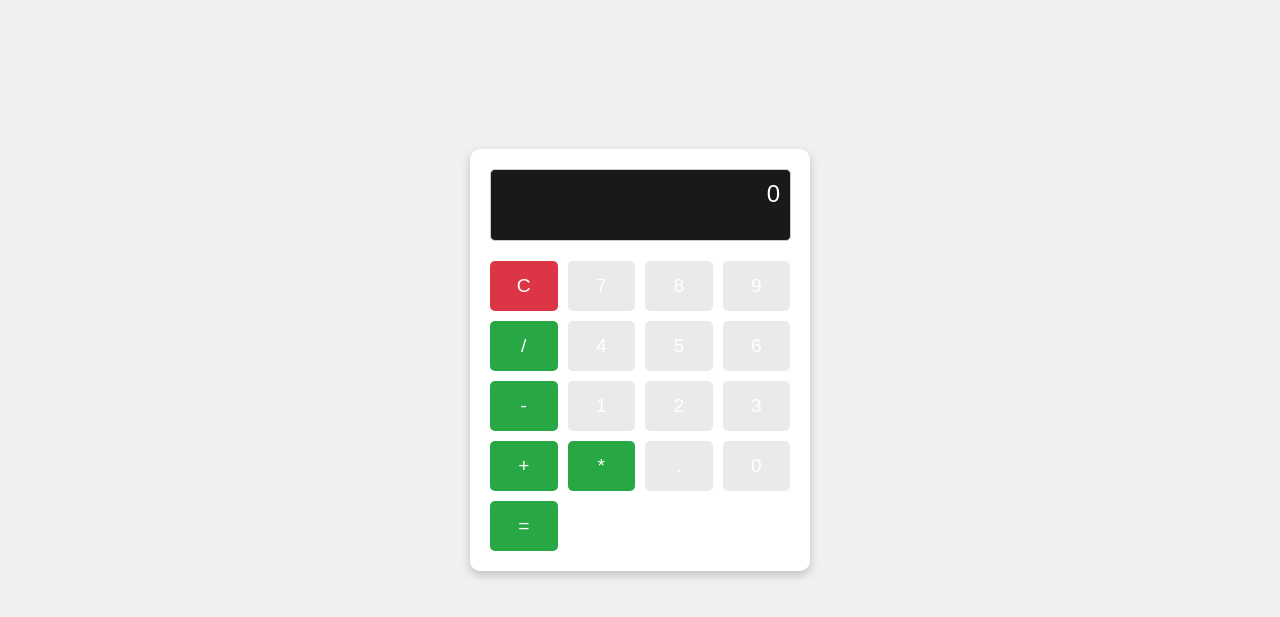
Repository: alizey12/calculator
Page: index.html
The author's editor kept a copy of each file at every save. The page is drawn from the files as they stood at one save, then again after the next save.
The browser window is 1280 px wide. The pictures show the whole page.

Above is the page before, as saved 2024-11-23 20:34:43.

After the next save:
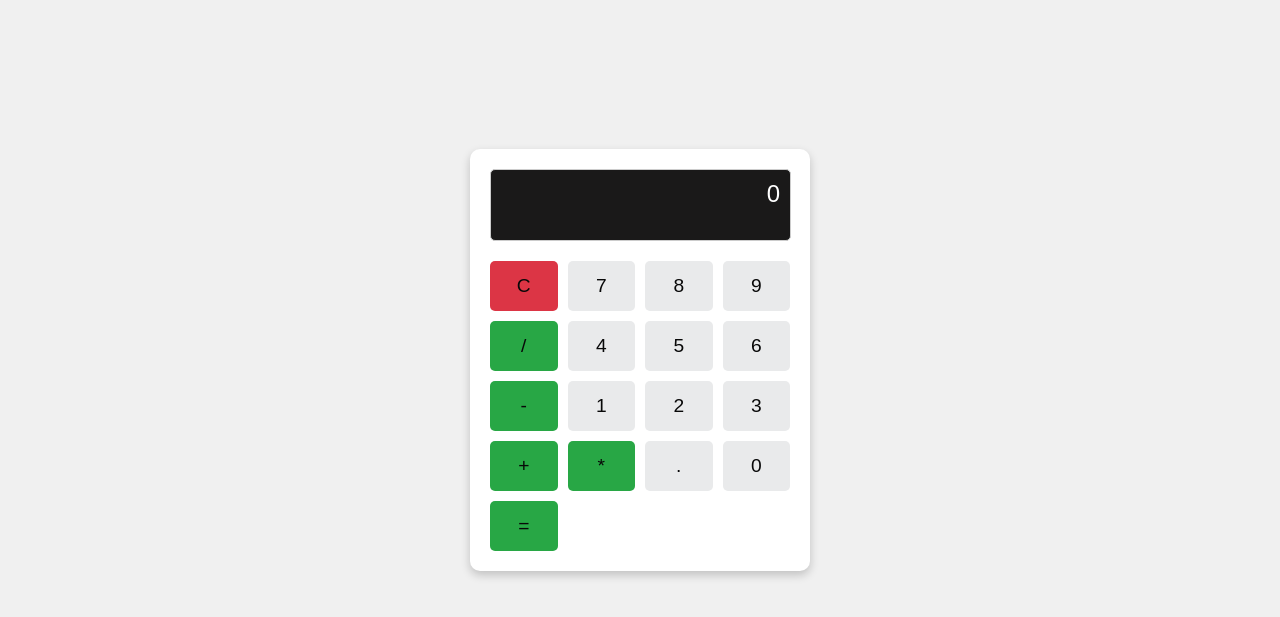
Saved 8 s later.
--- a/styles.css
+++ b/styles.css
@@ -42,7 +42,7 @@ body{
     border: none;
     border-radius: 5px;
     background: #e9eaeb;
-    color: white;
+    color: rgb(8, 8, 8);
     cursor: pointer;
     transition: background 0.2s;
 }
